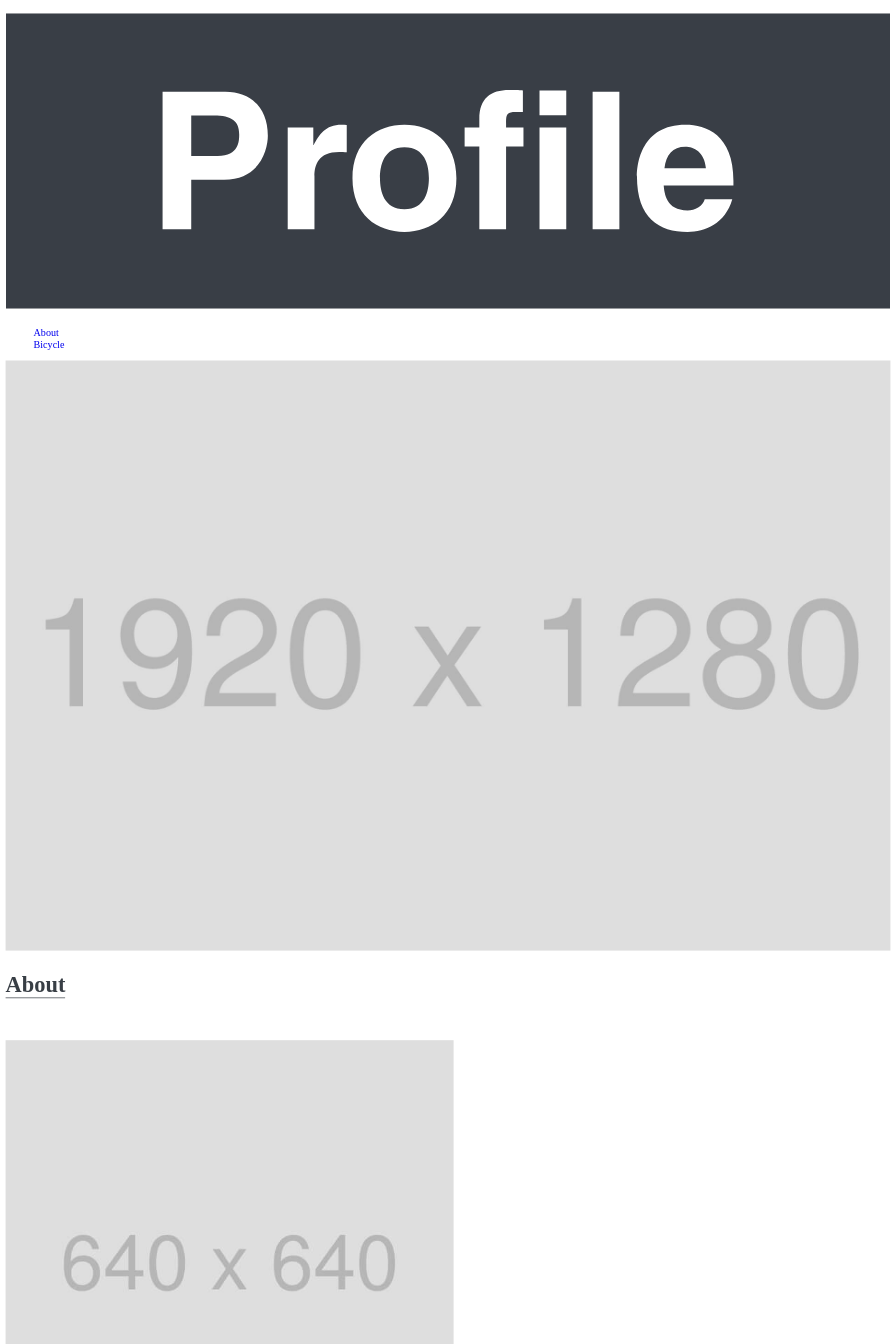
Repository: Fuki-san/bicycle
Page: http://localhost/profile
These files come from the project's save history. The page is drawn as it stood at one moment and after a run of saves; the edit follows.
The browser window is 1280 px wide. The pictures show the part of the page from y = 0 to 1920 px (the page is 4352 px tall before and 4075 px after), at 70% of full size.
The page is served by the project's Laravel application, run on PHP 8.4 with Laravel 10.

Above is the page before, as saved 2023-11-18 14:56:47.

After the next 4 saves:
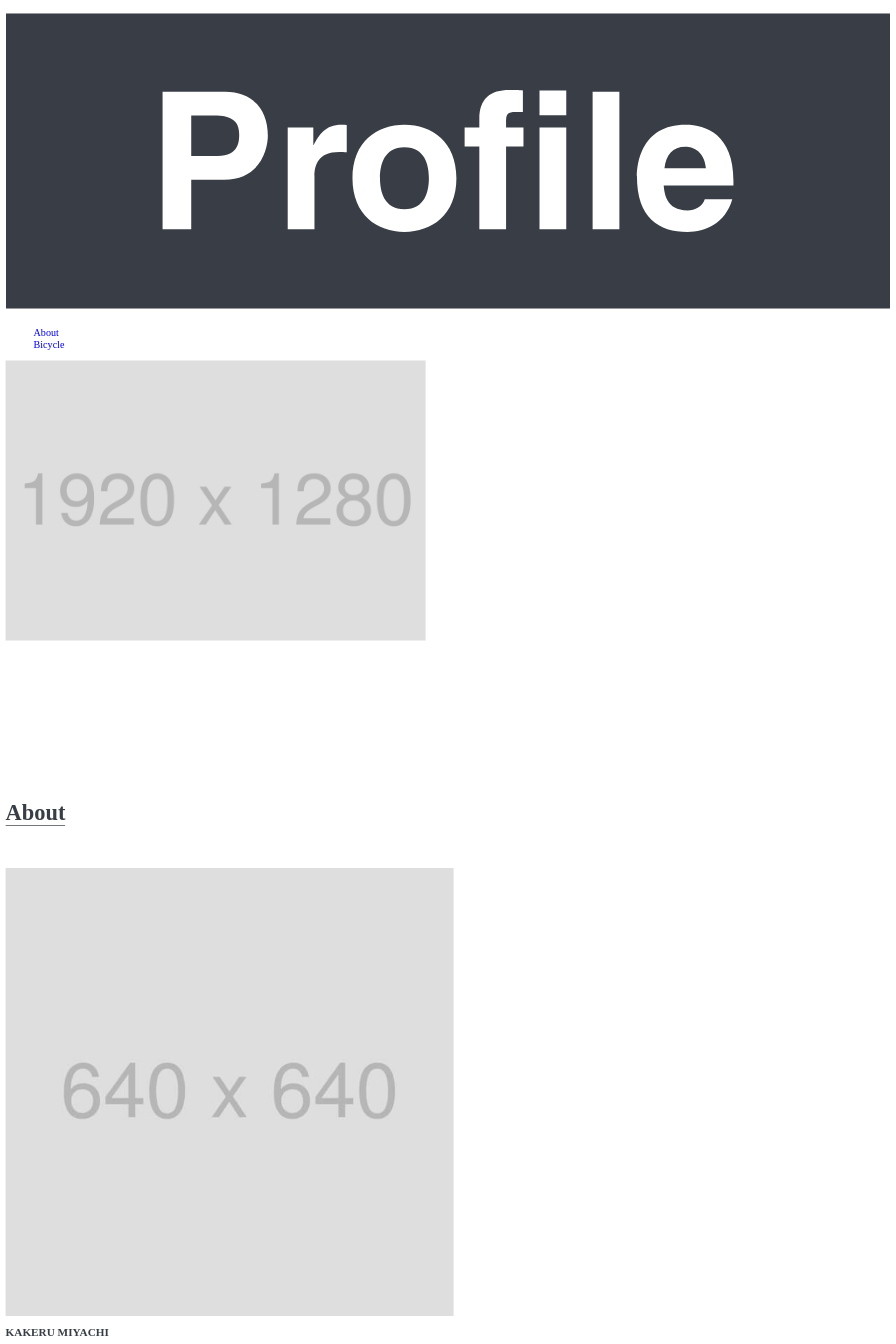
The 4 saves are shown as one change because they came seconds apart.
The last was saved 12 s later.
--- a/public/css/style.css
+++ b/public/css/style.css
@@ -41,8 +41,8 @@ li{
 
 .content-title{
     font-size: 1rem;
-
-}ma
+    margin: 10px 0;
+}
 
 
 
